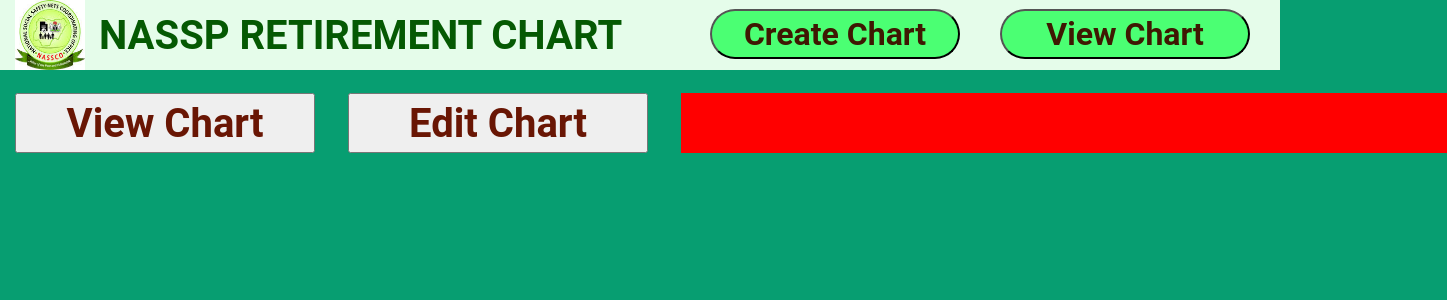
Repository: sheddy1/nasspchart
Page: http://localhost/
The author's editor kept a copy of each file at every save. The page is drawn from the files as they stood at one save, then again after the next save.
The browser window is 1280 px wide. The page is 1447 px wide, then 1280 px, so the pictures cover 1447 px, including what lies to the right of the window. The pictures show the whole page.
The page is run by PHP 8.4 with error messages shown; the project is at /var/www/html/.

Above is the page before, as saved 2022-04-06 17:43:01.

### index.php
<!DOCTYPE html>
<html lang="en">
<head>
    <meta charset="UTF-8">
    <meta http-equiv="X-UA-Compatible" content="IE=edge">
    <meta name="viewport" content="width=device-width, initial-scale=1.0">
    <title>NASSP CHART</title>

    <link rel="stylesheet" href="index1.css">
</head>

<body>
    <div id="header">
        <img src="images/images.jpg" class="logo-image">

        <label class="logo-text">NASSP RETIREMENT CHART</label>

        <form action="" method="POST">
            <button class="view-chart" name="view-chart">
                View Chart
            </button>

            <button class="create-chart" name="create-chart">
                Create Chart
            </button>
        </form>
    </div>

    <input type="text">

    <?php
        $page = 2;
        $edit_chart = 1;

        if(isset($_POST['view-chart']))
        {
            // echo"<script>alert('you can view chart')</script>";
            $page = 2;

        }

        if(isset($_POST['create-chart']))
        {
            //  echo"<script>alert('you can create chart')</script>";

            $page = 1;
        }


         if($page == 1)
        {
            $user = "root";
            $pass = "";
            $db ="nassp";
            $db = new mysqli('localhost',$user,$pass,$db)
            or die("could not connect");

            $con1="SELECT * FROM employee ";

            $con1a = mysqli_query($db,$con1);

            $con1b  = mysqli_num_rows($con1a);

          $no1= $con1b;

            echo "
                <form method='POST' action=''>
                    <div id='chart-name'>
                        <label class='chartname1'>
                        Chart Name
                        </label>

                        <input type='text' class='chart-name-text' name='chart-name-text'>
                    </div>

                    <div id='chart-month'>
                        <label class='chartname1'>
                        Chart Month
                        </label>

                        <select name='chart-month-select'
                         class='chart-name-text'>
                            <option value='1'>January</option>
                            <option value='2'>Febuary</option>
                            <option value='3'>March</option>
                            <option value='4'>April</option>
                            <option value='5'>May</option>
                            <option value='6'>June</option>
                            <option value='7'>July</option>
                            <option value='8'>August</option>
                            <option value='9'>September</option>
                            <option value='10'>October</option>
                            <option value='11'>November</option>
                            <option value='12'>December</option>
                        </select>
                    </div>

                    <div id='employees'>
             <label class='chartname1'>
             Employees Name
             </label>

             <div class='employee-div1'>

             <table class='employees-table'>

             <tr class='employees-table-row'>
                 <th>Employees</th>
                 </tr>

             ";
             for($x = 0; $x<$no1; $x++)
             {
                 $row = mysqli_fetch_array($con1a);

                 echo"<tr class='employees-table-row1'><th>".$row['employee']."</th></tr  >";
             }
             echo"

             </table>
             </div>

         </div>

            <input type ='submit' value='Create Chart' name='btn-chart' class='btn-chart'>

            </form>";





            echo"
            <form method='POST' action=''>
            <div id='add-employee'>
                    <label class='chartname1'>
                    Add Employee
                    </label>

                    <input type='text'
                     class='chart-name-text' name='employee-name-text'>

                     <button type='submit' id ='add-employee-button'
                     name='add-employee-button'>
                        Add Employee
                     </button>


                </div>
                </form>
            ";



        }

        if(isset($_POST['add-employee-button']))
        {
            header("refresh: 0;");

            $employee = $_POST['employee-name-text'];

            // echo"<script>alert('the stuff is');</script>";

            $user = "root";
            $pass = "";
            $db ="nassp";
            $db = new mysqli('localhost',$user,$pass,$db)
            or die("could not connect");

            $open = "open";

            $insert_employee = "INSERT INTO employee (employee) VALUES ('$employee')";

            mysqli_query($db,$insert_employee);

            mysqli_close($db);




        }

        if(isset($_POST['btn-chart']))
        {
            // header("refresh: 3;");

            // location.reload();

            echo"<script>alert('posted');</script>";

            $name = $_POST['chart-name-text'];

            $month = $_POST['chart-month-select'];

            $user = "root";
            $pass = "";
            $db ="nassp";
            $db = new mysqli('localhost',$user,$pass,$db)
            or die("could not connect");

            $con1="SELECT * FROM employee";

            $con1a = mysqli_query($db,$con1);

            $con1b  = mysqli_num_rows($con1a);

            $no1= $con1b;

            $open = "open";

            $closed = "closed";

            $row = mysqli_fetch_array($con1a);

            $employee = $row['employee'];

            $idnum = rand(10000,99999);


            for($x = 2; $x<=$no1; $x++)
                 {
                    $row = mysqli_fetch_assoc($con1a);

                    $employee = $row['employee'];

                    // echo"<tr class='employees-table-row1'><th>".$row['employee']."</th></tr  >";

                    $insert_chart = "INSERT INTO employees (employee,table1,month1,id,`1`,`2`,`3`,`4`,`5`,`6`,`7`,`8`,`9`,`10`,`11`,`12`,`13`,`14`,`15`,`16`,`17`,`18`,`19`,`20`,`21`,`22`,`23`,`24`,`25`,`26`,`27`,`28`,`29`,`30`,`31`) VALUES
                    ('$employee','$name','$month','$idnum','$open','$open','$open','$open','$open','$open','$open','$open','$open','$open','$open','$open','$open','$open','$open','$open','$open','$open','$open','$open','$open','$open','$open','$open','$open','$open','$open','$open','$open','$open','$open')";

                    mysqli_query($db,$insert_chart);
                }


        }




        else if($page == 2)
        {
            echo"
                <form method='POST' action=''>
                    <button class='view-chart2' name='view_chart2'>
                        View Chart
                    </button>
                    <button name='edit_chart2' class='edit_chart2'>
                        Edit Chart
                    </button>
                </form>
            ";

            if(isset($_POST['edit_chart2']))
            {
                $edit_chart = 1;
            }

            if(isset($_POST['view_chart2']))
            {
                $edit_chart = 2;

            }

            if($edit_chart == 1)
            {
                echo"
                    <div class='view-charts-scrool'>

                    </div>
                ";
            }

        }
        //end of 2nd page


        // if(isset($_POST['chart-name-text']))
        // {
        //     echo"<script>alert('the stuff is');</script>";
        // }
    ?>
</body>
</html>

### index1.css
body{
    background-color: #079E71;
}

#header{
 height: 70px;
width: 100%;
position: absolute;
left: 0px;
top: 0px;
border-radius: 0px;
background: #E5FCEA;
}

.logo-image{
    position: absolute;
width: 70px;
height: 70px;
left: 15px;
top: 0px;
}

.logo-text{
    position: absolute;
width: 700px;
height: 47px;
left: 99px;
top: 12px;

font-family: 'Roboto';
font-style: normal;
font-weight: 700;
font-size: 40px;
line-height: 47px;
/* identical to box height */


color: #055903;
}

.view-chart{
    position: absolute;
width: 250px;
height: 50px;
right: 30px;
top: 9px;

background: #4BFF73;
border-radius: 50px;

font-family: 'Roboto';
font-style: normal;
font-weight: 700;
font-size: 32px;
line-height: 38px;
/* identical to box height */


color: #3F1802;
}

.create-chart{
    position: absolute;
width: 250px;
height: 50px;
right: 320px;
top: 9px;

background: #4BFF73;
border-radius: 50px;

font-family: 'Roboto';
font-style: normal;
font-weight: 700;
font-size: 32px;
line-height: 38px;
/* identical to box height */


color: #3F1802;
}

#chart-name{
    position: absolute;
width: 570px;
height: 137px;
left: 80px;
top: 100px;
/* background-color: red; */
}

.chartname1{
    position: absolute;
left: 0px;
top: 0px;

font-family: 'Roboto';
font-style: normal;
font-weight: 700;
font-size: 40px;
line-height: 47px;
/* identical to box height */


color: #FFFFFF;
}

.chart-name-text{
    position: absolute;
width: 562px;
height: 55px;
left: 0px;
bottom: 0px;
font-size:40px;
background: #ffffff;
}

#chart-month{
    position: absolute;
width: 570px;
height: 137px;
right: 80px;
top: 100px;
/* background-color: red; */
}

#employees{
    position: absolute;
width: 570px;
height: 137px;
left: 80px;
top: 300px;
/* background-color: red; */
}

.employee-div1{
    position: absolute;
width: 562px;
height: 300px;
left: 0px;
top: 70px;
overflow: auto;
font-size: 30px;
background: #ffffff;
text-align: center;
}

.employees-table{
    text-align: center;
    width: 100%;
    height: 100%;
}

.employees-table-row{
    text-align: center;
width: 100%;
height: 50px;
background: #DCD884;
}

.employees-table-row1{
    text-align: center;
width: 100%;
height: 50px;

}

#add-employee{
    position: absolute;
width: 570px;
height: 137px;
right: 80px;
top: 300px;
/* background-color: red; */
}

#add-employee-button{
    position: absolute;
width: 400px;
height: 50px;
left: 0px;
top: 170px;
font-weight: bold;
font-size: 30px;
background: #C4C4C4;
border-radius: 50px;
box-shadow: 0px 20px 20px 0px;
}


.btn-chart{
    position: absolute;
    width: 400px;
    height: 50px;
    right: 250px;
    top: 600px;
    font-weight: bold;
    font-size: 30px;
    background: #C4C4C4;
    border-radius: 50px;
    box-shadow: 0px 20px 20px 0px;
}

/* code for second page */
.view-chart2{
position: absolute;
width: 300px;
height: 60px;
left: 15px;
top: 93px;

font-family: 'Roboto';
font-style: normal;
font-weight: 700;
font-size: 40px;
line-height: 47px;
color: #691604;

}

.edit_chart2{
    position: absolute;
width: 300px;
height: 60px;
left: 348px;
top: 93px;

    font-family: 'Roboto';
    font-style: normal;
    font-weight: 700;
    font-size: 40px;
    line-height: 47px;
    color: #691604;

    }

.view-charts-scrool{
    position: absolute;
width: 766px;
height: 60px;
left: 681px;
top: 93px;
background-color: red;
}

After the next save:
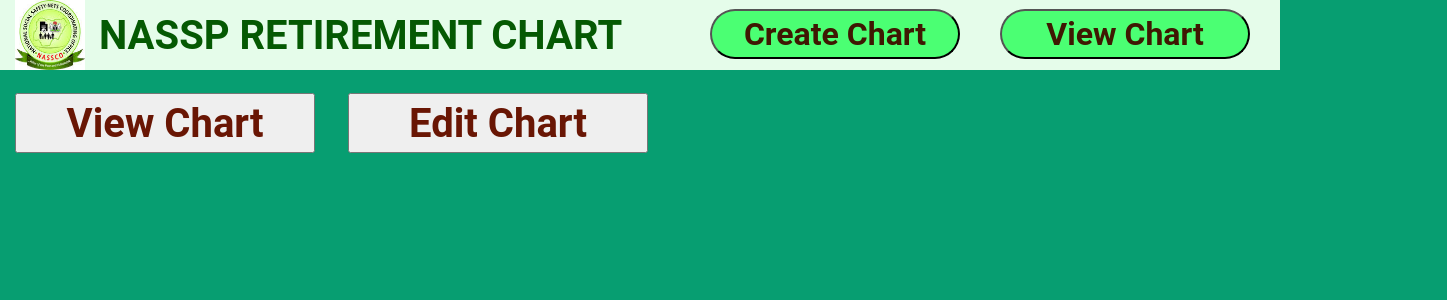
Saved 36 s later.
--- a/index.php
+++ b/index.php
@@ -253,16 +253,16 @@
 
             if(isset($_POST['edit_chart2']))
             {
-                $edit_chart = 1;
+                $edit_chart = 2;
             }
 
             if(isset($_POST['view_chart2']))
             {
-                $edit_chart = 2;
+                $edit_chart = 1;
 
             }
 
-            if($edit_chart == 1)
+            if($edit_chart == 2)
             {
                 echo"
                     <div class='view-charts-scrool'>
